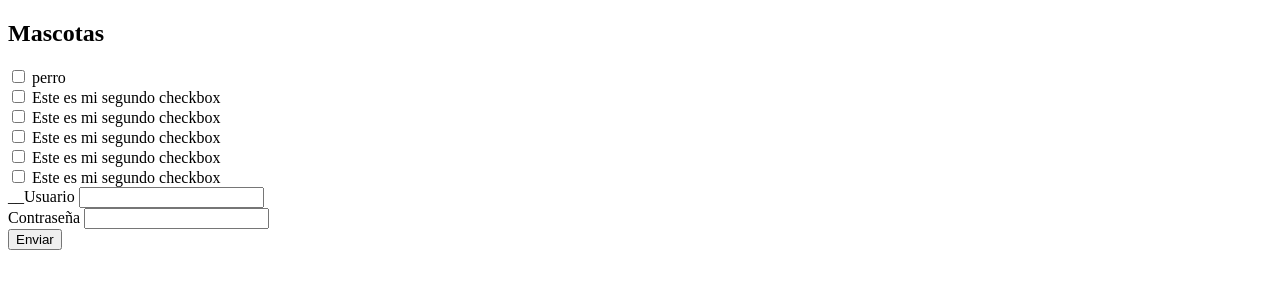
Repository: felipeverdugo/Java-y-Aplicaciones-Avanzadas-sobre-Internet
Page: work/Practica1Web40/src/main/webapp/mascotas.html
An editor plug-in stored every save of this project. The page is shown before and after the next save, followed by the edit.
The browser window is 1280 px wide. The pictures show the whole page.

Above is the page before, as saved 2024-03-20 14:00:15.

After the next save:
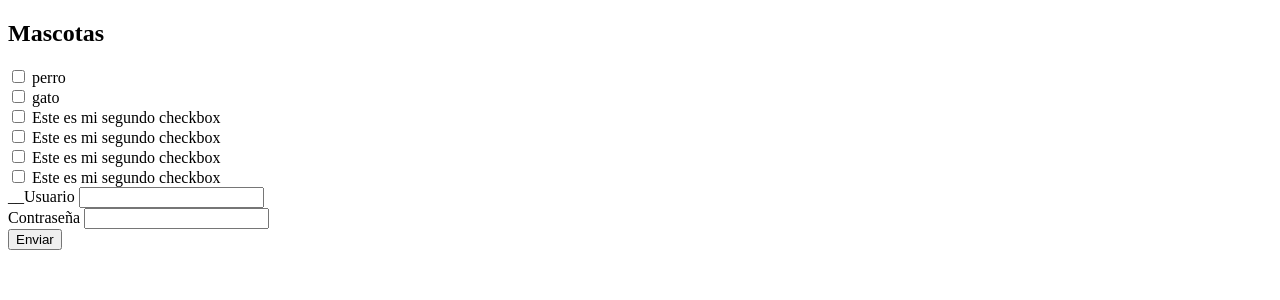
Saved 12 s later.
--- a/work/Practica1Web40/src/main/webapp/mascotas.html
+++ b/work/Practica1Web40/src/main/webapp/mascotas.html
@@ -12,8 +12,8 @@
 		<label for="perro">perro</label>
     	<br>
 
-    	<input type="checkbox" id="cbox2" value="second_checkbox" />
-		<label for="cbox2">Este es mi segundo checkbox</label>
+    	<input type="checkbox" id="gato" value="second_checkbox" />
+		<label for="gato">gato</label>
     	<br>
 
     	<input type="checkbox" id="cbox2" value="second_checkbox" />
